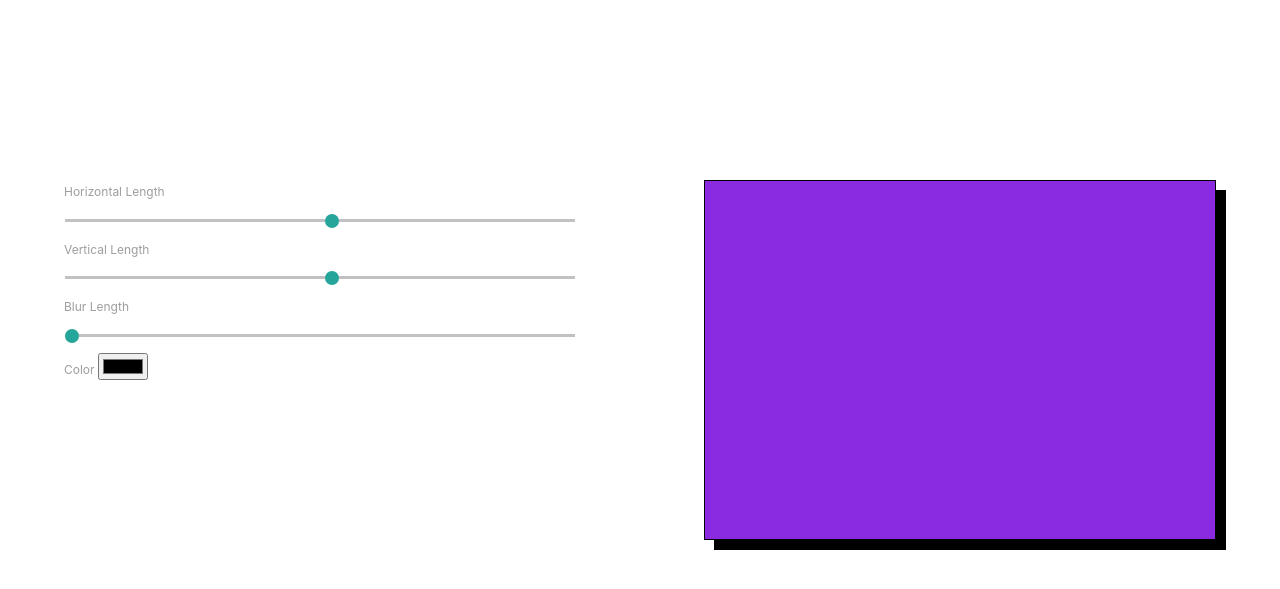
Repository: imrvj/Box-Shadow
Page: /
The author's editor kept a copy of each file at every save. The page is drawn from the files as they stood at one save, then again after a run of saves.
The browser window is 1280 px wide. The pictures show the whole page.
The project was rebuilt for these pictures with package versions that can differ from the ones it lists, and the page was loaded fresh each time.

Above is the page before, as saved 2020-02-19 23:33:43.

### public/index.html
<!DOCTYPE html>
<html lang="en">
  <head>
    <meta charset="utf-8" />
    <link rel="icon" href="%PUBLIC_URL%/favicon.ico" />
    <meta name="viewport" content="width=device-width, initial-scale=1" />
    <meta name="theme-color" content="#000000" />
    <meta
      name="description"
      content="Web site created using create-react-app"
    />
    <link rel="apple-touch-icon" href="%PUBLIC_URL%/logo192.png" />
    <!--
      manifest.json provides metadata used when your web app is installed on a
      user's mobile device or desktop. See https://developers.google.com/web/fundamentals/web-app-manifest/
    -->
    <link rel="manifest" href="%PUBLIC_URL%/manifest.json" />
    <!--
      Notice the use of %PUBLIC_URL% in the tags above.
      It will be replaced with the URL of the `public` folder during the build.
      Only files inside the `public` folder can be referenced from the HTML.

      Unlike "/favicon.ico" or "favicon.ico", "%PUBLIC_URL%/favicon.ico" will
      work correctly both with client-side routing and a non-root public URL.
      Learn how to configure a non-root public URL by running `npm run build`.
    -->
    <!-- Compiled and minified CSS -->
    <link rel="stylesheet" href="https://cdnjs.cloudflare.com/ajax/libs/materialize/1.0.0/css/materialize.min.css">

    <title>React App</title>
  </head>
  <body>
    <noscript>You need to enable JavaScript to run this app.</noscript>
    <div id="root"></div>
    <!--
      This HTML file is a template.
      If you open it directly in the browser, you will see an empty page.

      You can add webfonts, meta tags, or analytics to this file.
      The build step will place the bundled scripts into the <body> tag.

      To begin the development, run `npm start` or `yarn start`.
      To create a production bundle, use `npm run build` or `yarn build`.
    -->
       <!-- Compiled and minified JavaScript -->
       <script src="https://cdnjs.cloudflare.com/ajax/libs/materialize/1.0.0/js/materialize.min.js"></script>

  </body>
</html>

### src/App.js
import React, { useState } from 'react';

import './App.css';

function App() {
  const [Hori, setHori] = useState(10)
  const [Veri, setVeri] = useState(10)
  const [Blur, setBlur] = useState(0)
  const [Color, setColor] = useState("black")
  return (
    <div className="App">

      <div className="controls">
      <label>Horizontal Length</label>
      <input type="range"  min="-200" max="200" value={Hori} onChange={(e)=>setHori(e.target.value)}/>
      <label>Vertical Length</label>
      <input type="range"  min="-200" max="200" value={Veri} onChange={(e)=>setVeri(e.target.value)}/>
      <label>Blur Length</label>
      <input type="range"  min="0" max="200" value={Blur} onChange={(e)=>setBlur(e.target.value)}/>
      <label>Color </label>
      <input type="color"  min="0" max="200" value={Color} onChange={(e)=>setColor(e.target.value)}/>
     </div>
      <div className="output">
        <div className="Box" style={{boxShadow:`${Hori}px ${Veri}px ${Blur}px black`}}></div>
      </div>
    </div>
  );
}

export default App;

### src/App.css
.App
{
    display: flex;
    justify-content: space-around;
    height: 100vh;
    align-items: center;
}

.Box
{
    width: 40vw;
    height: 50vh;
    border: solid 1px black;
    background-color: blueviolet;
    color:white;
}

.controls
{
    width: 40vw;
    height: 50vh;
}

Loaded but not shown: src/index.js (common file); src/index.css (common file); src/serviceWorker.js (common file)

After the next 2 saves:
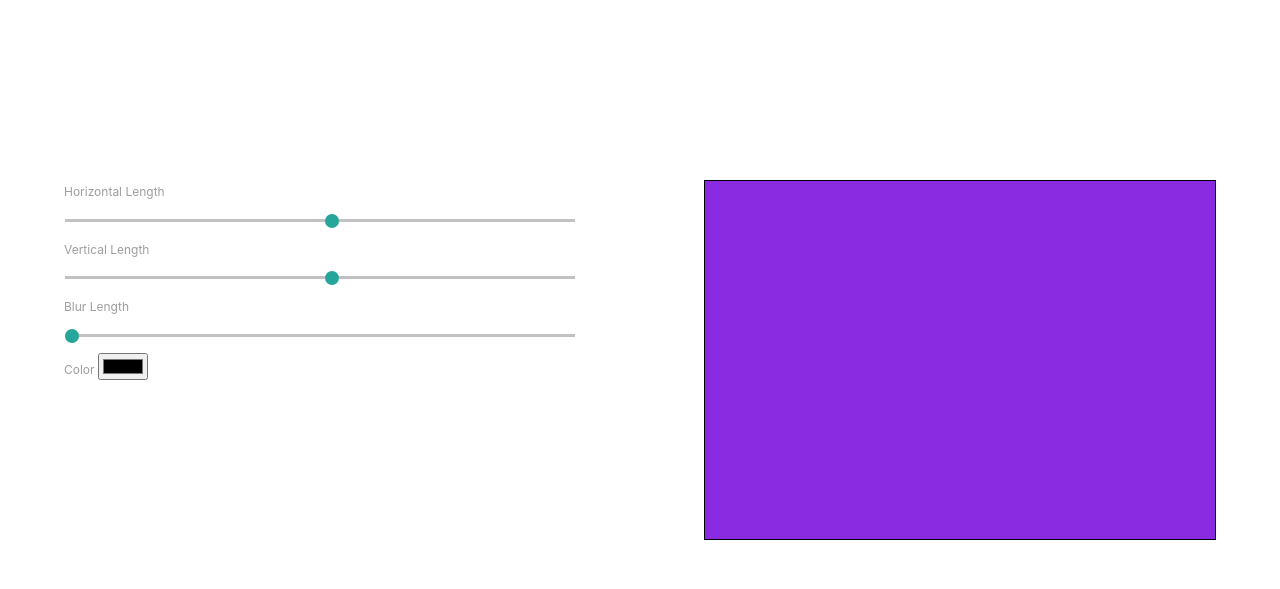
The 2 saves are shown as one change because 1 did not build or start.
The last was saved 94 s later.
--- a/src/App.js
+++ b/src/App.js
@@ -21,7 +21,7 @@
       <input type="color"  min="0" max="200" value={Color} onChange={(e)=>setColor(e.target.value)}/>
      </div>
       <div className="output">
-        <div className="Box" style={{boxShadow:`${Hori}px ${Veri}px ${Blur}px black`}}></div>
+        <div className="Box" style={{boxShadow:`${Hori}px ${Veri}px ${Blur}px $`}}></div>
       </div>
     </div>
   );

After the save that followed:
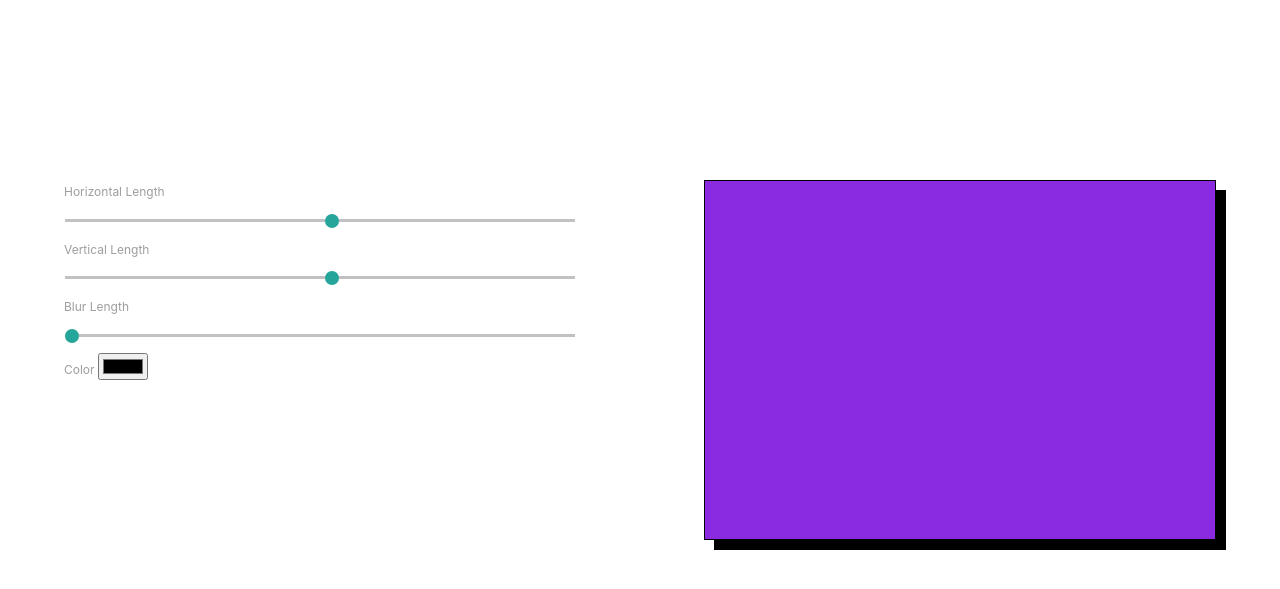
Saved 13 s later.
--- a/src/App.js
+++ b/src/App.js
@@ -21,7 +21,7 @@
       <input type="color"  min="0" max="200" value={Color} onChange={(e)=>setColor(e.target.value)}/>
      </div>
       <div className="output">
-        <div className="Box" style={{boxShadow:`${Hori}px ${Veri}px ${Blur}px $`}}></div>
+        <div className="Box" style={{boxShadow:`${Hori}px ${Veri}px ${Blur}px ${Color}`}}></div>
       </div>
     </div>
   );
